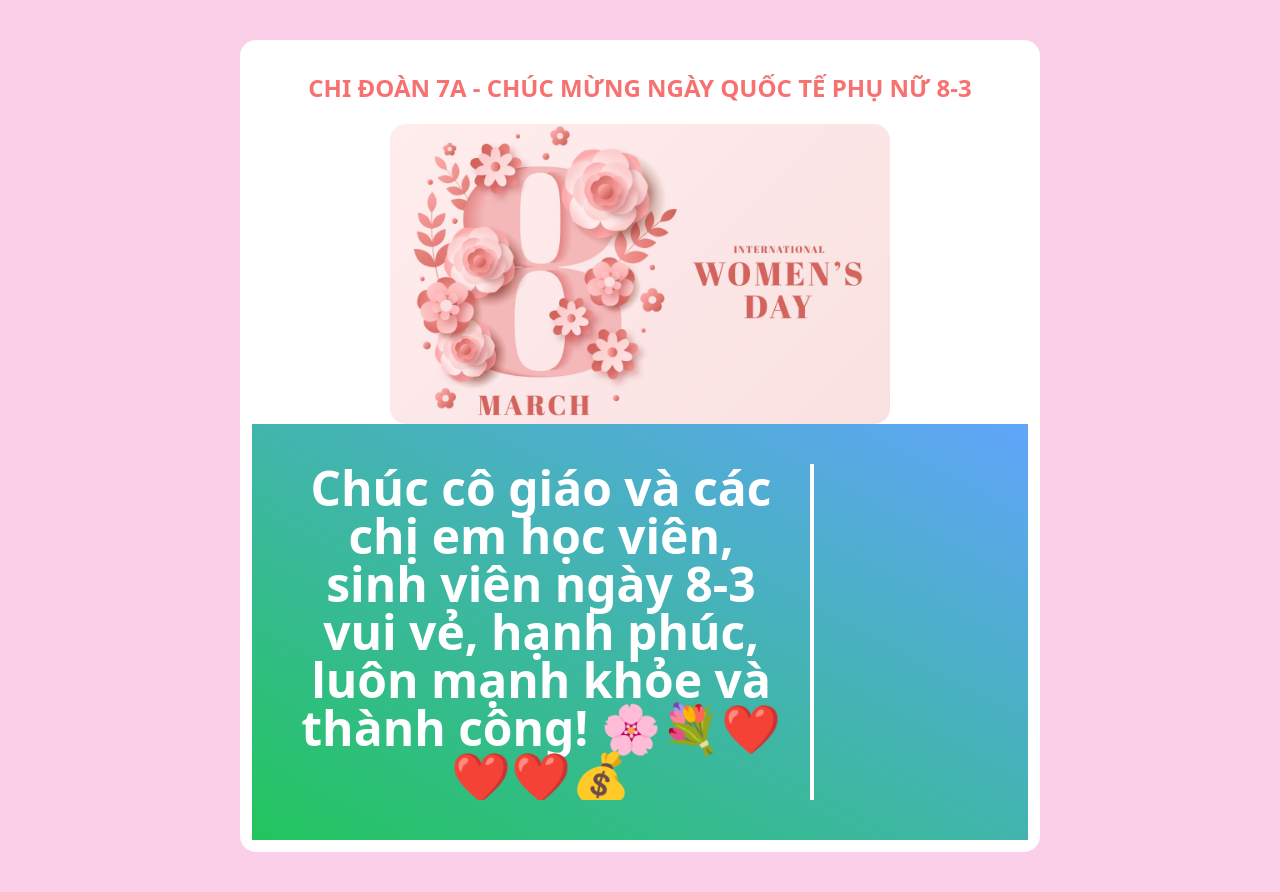
Repository: hoang0508/web-837A
Page: /
The author's editor kept a copy of each file at every save. The page is drawn from the files as they stood at one save, then again after the next save.
The browser window is 1280 px wide. The pictures show the whole page.
Some web fonts or font styles are not loaded; a fallback is used. The project was rebuilt for these pictures with package versions that can differ from the ones it lists, and the page was loaded fresh each time. Also part of the build but not shown: vite.config.js.

Above is the page before, as saved 2025-02-28 18:55:09.

### index.html
<!DOCTYPE html>
<html lang="en">
  <head>
    <meta charset="UTF-8" />
    <link rel="icon" type="image/svg+xml" href="/vite.svg" />
    <meta name="viewport" content="width=device-width, initial-scale=1.0" />
    <link rel="preconnect" href="https://fonts.googleapis.com" />
    <link rel="preconnect" href="https://fonts.gstatic.com" crossorigin />
    <link
      href="https://fonts.googleapis.com/css2?family=Bai+Jamjuree:ital,wght@0,200;0,300;0,400;0,500;0,600;0,700;1,200;1,300;1,400;1,500;1,600;1,700&family=Montserrat:ital,wght@0,100..900;1,100..900&display=swap"
      rel="stylesheet"
    />
    <title>Vite + React</title>
  </head>
  <body>
    <div id="root"></div>
    <script type="module" src="/src/main.jsx"></script>
  </body>
</html>

### src/index.css
@import url("https://fonts.googleapis.com/css2?family=Bai+Jamjuree:ital,wght@0,200;0,300;0,400;0,500;0,600;0,700;1,200;1,300;1,400;1,500;1,600;1,700&family=Montserrat:ital,wght@0,100..900;1,100..900&display=swap");
@tailwind base;
@tailwind components;
@tailwind utilities;
/* *,
*:before,
*:after {
  box-sizing: border-box;
}

img,
picture,
svg,
video {
  display: block;
  max-width: 100%;
}
input,
select,
textarea {
  background-color: transparent;
  outline: none;
}
button {
  cursor: pointer;
  background-color: transparent;
  outline: none;
  border: 0;
}
body {
  min-height: 100vh;
  font-weight: 400;
  font-size: 16px;
  line-height: 1;
} */

### src/App.jsx
import { useState } from "react";
import reactLogo from "./assets/react.svg";
import anh83 from "./assets/anh832.png";

import "./index.css";

function App() {
  const [count, setCount] = useState(0);

  return (
    <>
      <div className="text-2xl font-bold  bg-pink-200 min-h-screen p-10">
        <div className="bg-white shadow-3xl w-[800px] p-3 my-0 mx-auto rounded-2xl">
          <h1 className="text-center text-red-400 p-5 uppercase">
            Chi đoàn 7A - CHÚC MỪNG NGÀY QUỐC TẾ PHỤ NỮ 8-3
          </h1>
          <div className="mx-auto w-[500px] h-[300px]">
            <img
              src={anh83}
              alt="##"
              className="w-full h-full object-cover rounded-2xl"
            />
          </div>
          <div className="bg-gradient-to-tr to-blue-400 from-green-500 p-10">
            <div className="w-full text-center">
              <h1 className="animate-typing overflow-hidden border-r-4 border-r-white pr-5 text-5xl text-white font-bold break-normal">
                Chúc cô giáo và các chị em học viên, sinh viên ngày 8-3 vui vẻ,
                hạnh phúc, luôn mạnh khỏe và thành công! 🌸💐❤️❤️❤️💰
              </h1>
            </div>
          </div>
        </div>
      </div>
    </>
  );
}

export default App;

### tailwind.config.js
/** @type {import('tailwindcss').Config} */
export default {
  content: ["./index.html", "./src/**/*.{js,ts,jsx,tsx}"],
  theme: {
    extend: {
      keyframes: {
        typing: {
          "0%": {
            width: "0%",
            visibility: "hidden",
          },
          "100%": {
            width: "100%",
          },
        },
        blink: {
          "50%": {
            borderColor: "transparent",
          },
          "100%": {
            borderColor: "white",
          },
        },
      },
      animation: {
        typing: "typing 2s steps(20) infinite alternate, blink .7s infinite",
      },
    },
  },
  plugins: [],
};

Loaded but not shown: src/main.jsx (common file)

After the next save:
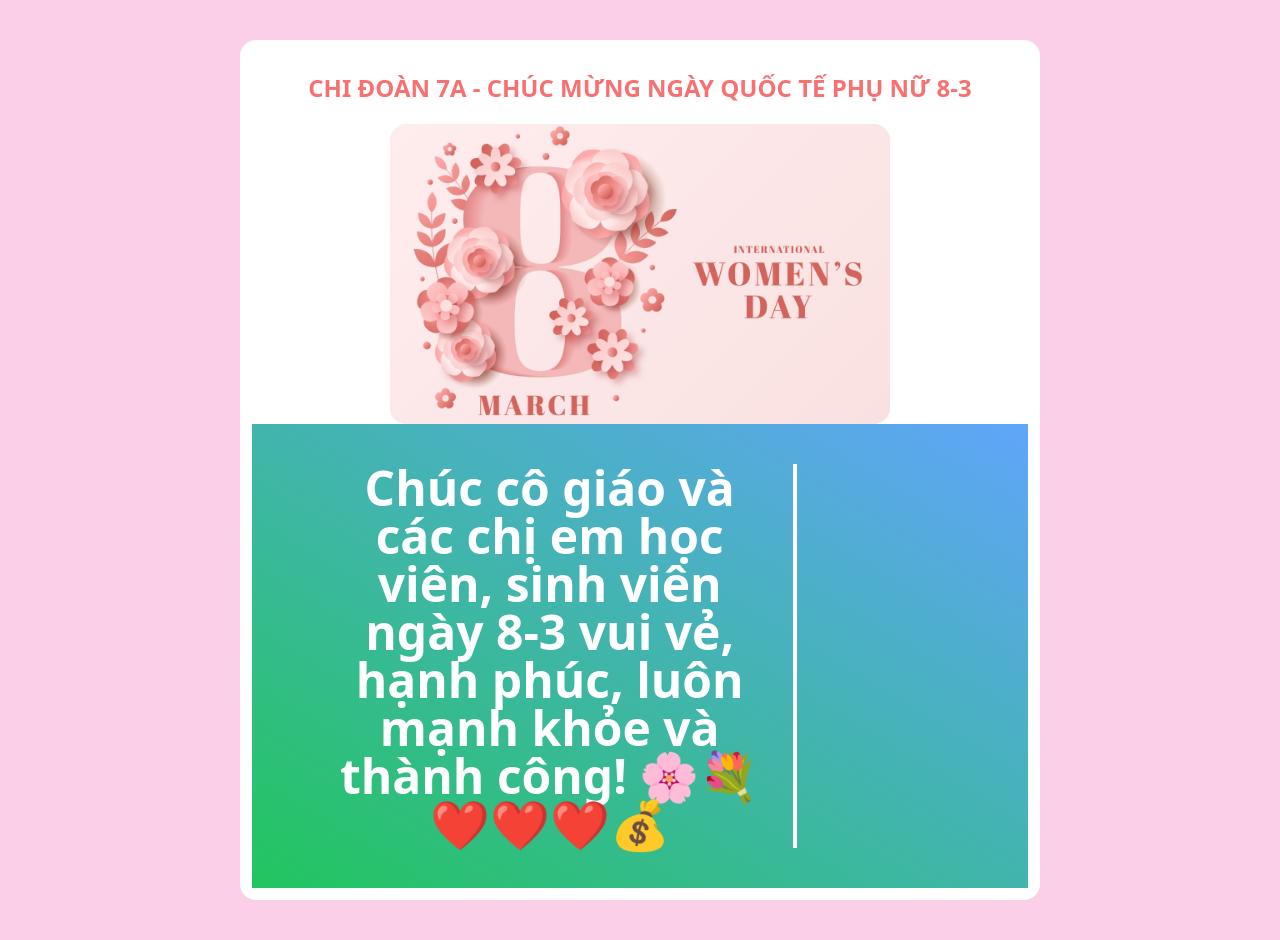
Saved 59 s later.
--- a/src/App.jsx
+++ b/src/App.jsx
@@ -21,9 +21,9 @@ function App() {
               className="w-full h-full object-cover rounded-2xl"
             />
           </div>
-          <div className="bg-gradient-to-tr to-blue-400 from-green-500 p-10">
-            <div className="w-full text-center">
-              <h1 className="animate-typing overflow-hidden border-r-4 border-r-white pr-5 text-5xl text-white font-bold break-normal">
+          <div className="bg-gradient-to-tr to-blue-400 from-green-500 p-10 flex justify-center items-center">
+            <div className="max-w-[90%]">
+              <h1 className="animate-typing border-r-4 border-r-white pr-5 text-5xl text-white font-bold break-words text-center">
                 Chúc cô giáo và các chị em học viên, sinh viên ngày 8-3 vui vẻ,
                 hạnh phúc, luôn mạnh khỏe và thành công! 🌸💐❤️❤️❤️💰
               </h1>
